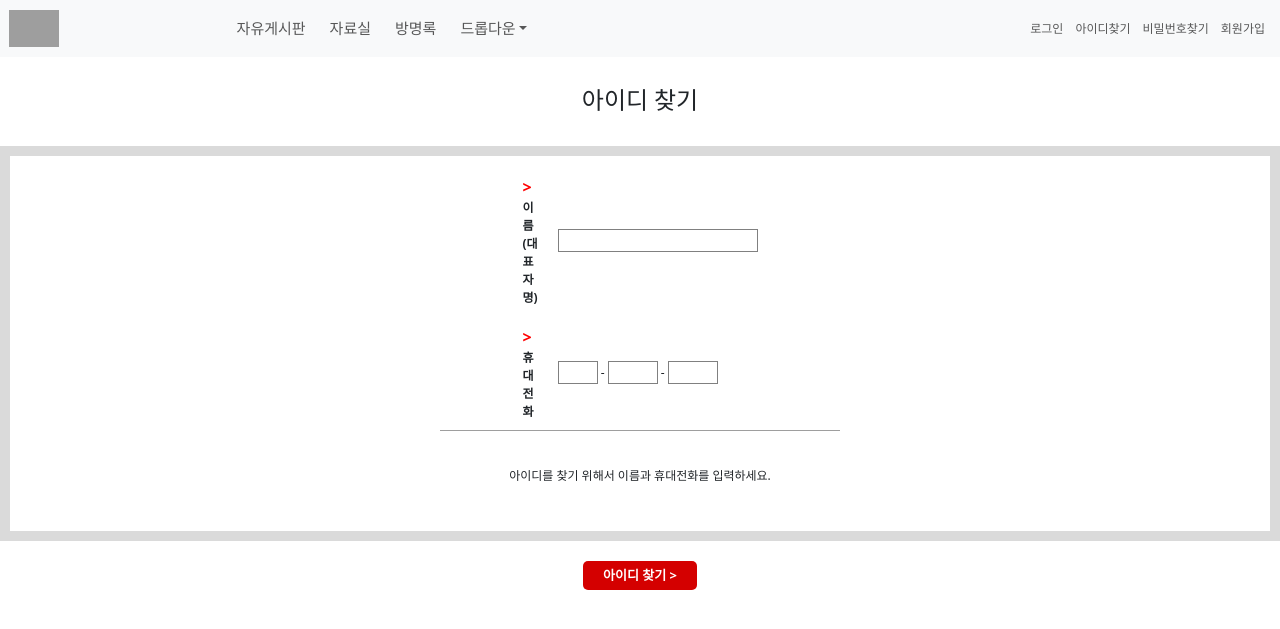
Repository: lim-eun-a/Project
Page: http://localhost/Project/06Session/IdForm.jsp
An editor plug-in stored every save of this project. The page is shown before and after the next save, followed by the edit.
The browser window is 1280 px wide. The pictures show the whole page.
Pictures or frames that could not be fetched are drawn as grey boxes. Some web libraries are served in a nearby version. The page is served by Tomcat 10. Other server files are loaded and not shown.

Above is the page before, as saved 2024-01-11 01:51:15.

### Project/src/main/webapp/06Session/IdForm.jsp
<%@ page language="java" contentType="text/html; charset=UTF-8"
    pageEncoding="UTF-8"%>
<link href="https://cdn.jsdelivr.net/npm/bootstrap@5.3.2/dist/css/bootstrap.min.css" rel="stylesheet">
<script src="https://cdn.jsdelivr.net/npm/bootstrap@5.3.2/dist/js/bootstrap.bundle.min.js"></script>
<link rel="stylesheet" href="http://cdn.jsdelivr.net/npm/bootstrap-icons@1.7.2/font/bootstrap-icons.css">
<!DOCTYPE html>
<html>
<head>
<meta charset="UTF-8">
<title>Insert title here</title>

<style>
	*{padding: 0;font-size: 12px;}
	h2{font-size: 25px;font-family: 굴림;}
	#AllWrap{margin:0 auto; text-align:center;}
	#RadioBox{margin:0 0 10px 0;text-align:left;}
	#IdBox{border:10px solid rgb(218, 218, 218);padding: 10px;}
	#InputTable{border:0px solid red; border-spacing: 0; border-collapse: collapse; width: 200px}
	#InputTable th{text-align:left; padding: 10px;}
	#InputTable td{text-align:left; padding: 10px;}
	#InputTable input{border:1px solid gray;height: 23px;padding:0 0 0 3px;}
	#InputTable select{border:1px solid gray;height: 25px;padding: 4px;}
	#btn{
	    background-color: rgb(212, 0, 0);color: white;padding: 5px 20px;border:0;
	    font-size: 13px;font-weight: bold;border-radius: 5px;
	}
	.bullet{color: red;font-weight: bold;margin-right: 5px;font-size: 16px;}
</style>


</head>
<body>
	<jsp:include page="../Common/Link.jsp"/>
	<div style="margin-top:30px;"></div>
	<div id="AllWrap">
		<h2>아이디 찾기</h2>
		<div style="margin-top:30px;"></div>
	<div id="IdBox">
	<table align="center" id="InputTable" >
		<colgroup>
			<col width="30%" />
			<col width="70%" />
		</colgroup>
		<tr>
			<th><span class="bullet">&gt;</span><strong>이름(대표자명)</strong></th>
			<td>
				<input type="text" name="" style="width:200px;">
			</td>
		</tr>
		<tr>
			<th>
				<span class="bullet">&gt;</span><strong>휴대전화</strong></th>
			<td>
				<input type="text" name="" style="width:40px;"> -
				<input type="text" name="" style="width:50px;"> -
				<input type="text" name="" style="width:50px;">
			</td>
		</tr>
	</table>
	<div>
		<img src="./images/g_line.gif" width="400" height="1" border="0" />
		<br><br><br>
		아이디를 찾기 위해서 이름과 휴대전화를 입력하세요.
		<br><br><br>
	</div>
	</div>
	<div style="margin-top:20px;">
		<input type="button" value="아이디 찾기 &gt;" id="btn">
	</div>
	</div>
</body>
</html>

### Project/src/main/webapp/Common/Link.jsp
<%@ page language="java" contentType="text/html; charset=UTF-8"
    pageEncoding="UTF-8"%>
<link href="https://cdn.jsdelivr.net/npm/bootstrap@5.3.2/dist/css/bootstrap.min.css" rel="stylesheet">
<script src="https://cdn.jsdelivr.net/npm/bootstrap@5.3.2/dist/js/bootstrap.bundle.min.js"></script>
<link rel="stylesheet" href="http://cdn.jsdelivr.net/npm/bootstrap-icons@1.7.2/font/bootstrap-icons.css">
<!DOCTYPE html>
<html>
<head>
<meta charset="UTF-8">
<title>Insert title here</title>
</head>
<body>
	<nav class="navbar navbar-expand-sm bg-light navbar-light">
        <div class="container-fluid">
          <a class="navbar-brand" href="#">
            <img src="https://www.google.com/images/branding/googlelogo/1x/googlelogo_color_272x92dp.png" style="width:50px;">
          </a>

          <div class="collapse navbar-collapse justify-content-center" id="collapsibleNavbar">
            <ul class="navbar-nav">
              <li class="navbar-brand">
                <a class="nav-link" href="../09PagingBoard/List.jsp">자유게시판</a>
              </li>
              <li class="navbar-brand">
                <a class="nav-link" href="#">자료실</a>
              </li>
              <li class="navbar-brand">
                <a class="nav-link" href="#">방명록</a>
              </li>
              <li class="navbar-brand dropdown">
                <a class="nav-link dropdown-toggle" href="#" role="button" data-bs-toggle="dropdown">드롭다운</a>
                <ul class="dropdown-menu">
                  <li><a class="dropdown-item" href="#">SubMenu1</a></li>
                  <li><a class="dropdown-item" href="#">SubMenu2</a></li>
                  <li><a class="dropdown-item" href="#">SubMenu3</a></li>
                </ul>
              </li>
            </ul>
          </div>

          <div class="collapse navbar-collapse justify-content-end">
       		<ul class="navbar-nav text-xs text-gray-600">
         		<% if (session.getAttribute("UserId") == null) { %>
           		<li class="nav-item">
            		<a class="nav-link" href="../06Session/LoginForm.jsp">로그인</a>
      	   		</li>
      	   		<li class="nav-item">
           			<a class="nav-link" href="#">아이디찾기</a>
           		</li>
         		<li class="nav-item">
           			<a class="nav-link" href="#">비밀번호찾기</a>
         		</li>
         		<li class="nav-item">
           			<a class="nav-link" href="#">회원가입</a>
         		</li>
         		<% } else { %>
         		<li class="nav-item">
           			<a class="nav-link" href="../06Session/Logout.jsp">로그아웃</a>
           		</li>
           		<li class="nav-item">
           			<a class="nav-link" href="#">마이페이지</a>
         		</li>
         		<% } %>
       		</ul>
   		</div>
        </div>
    </nav>

</body>
</html>

After the next save:
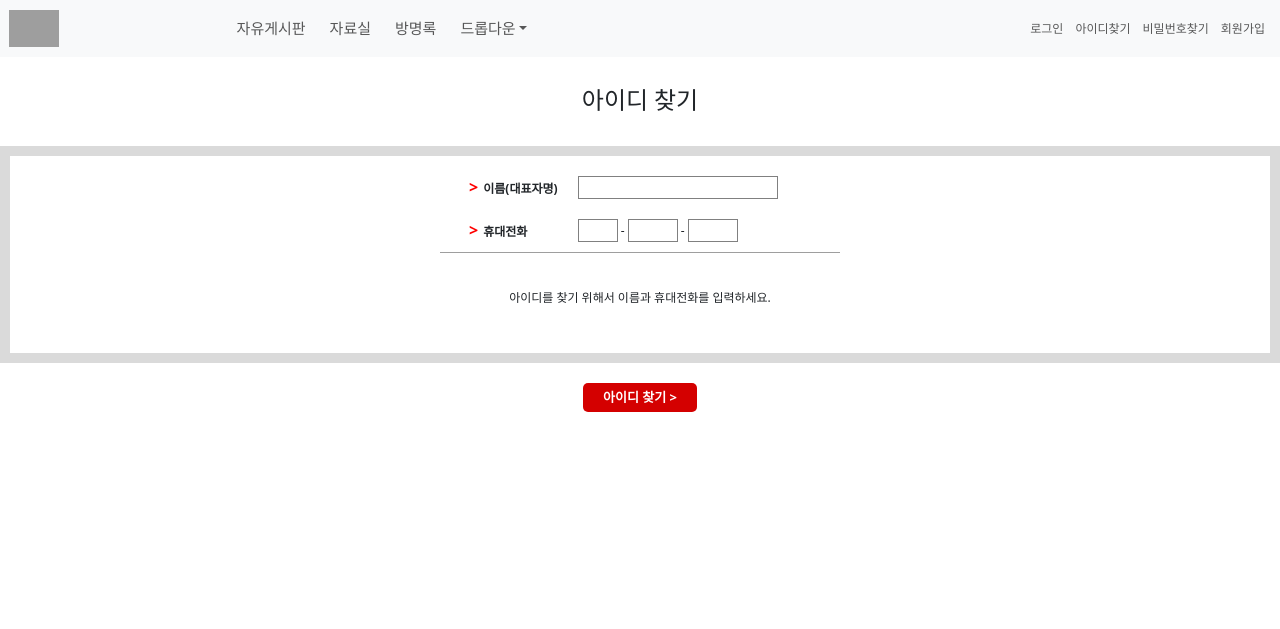
Saved 9 s later.
--- a/Project/src/main/webapp/06Session/IdForm.jsp
+++ b/Project/src/main/webapp/06Session/IdForm.jsp
@@ -15,7 +15,7 @@
 	#AllWrap{margin:0 auto; text-align:center;}
 	#RadioBox{margin:0 0 10px 0;text-align:left;}
 	#IdBox{border:10px solid rgb(218, 218, 218);padding: 10px;}
-	#InputTable{border:0px solid red; border-spacing: 0; border-collapse: collapse; width: 200px}
+	#InputTable{border:0px solid red; border-spacing: 0; border-collapse: collapse;}
 	#InputTable th{text-align:left; padding: 10px;}
 	#InputTable td{text-align:left; padding: 10px;}
 	#InputTable input{border:1px solid gray;height: 23px;padding:0 0 0 3px;}
